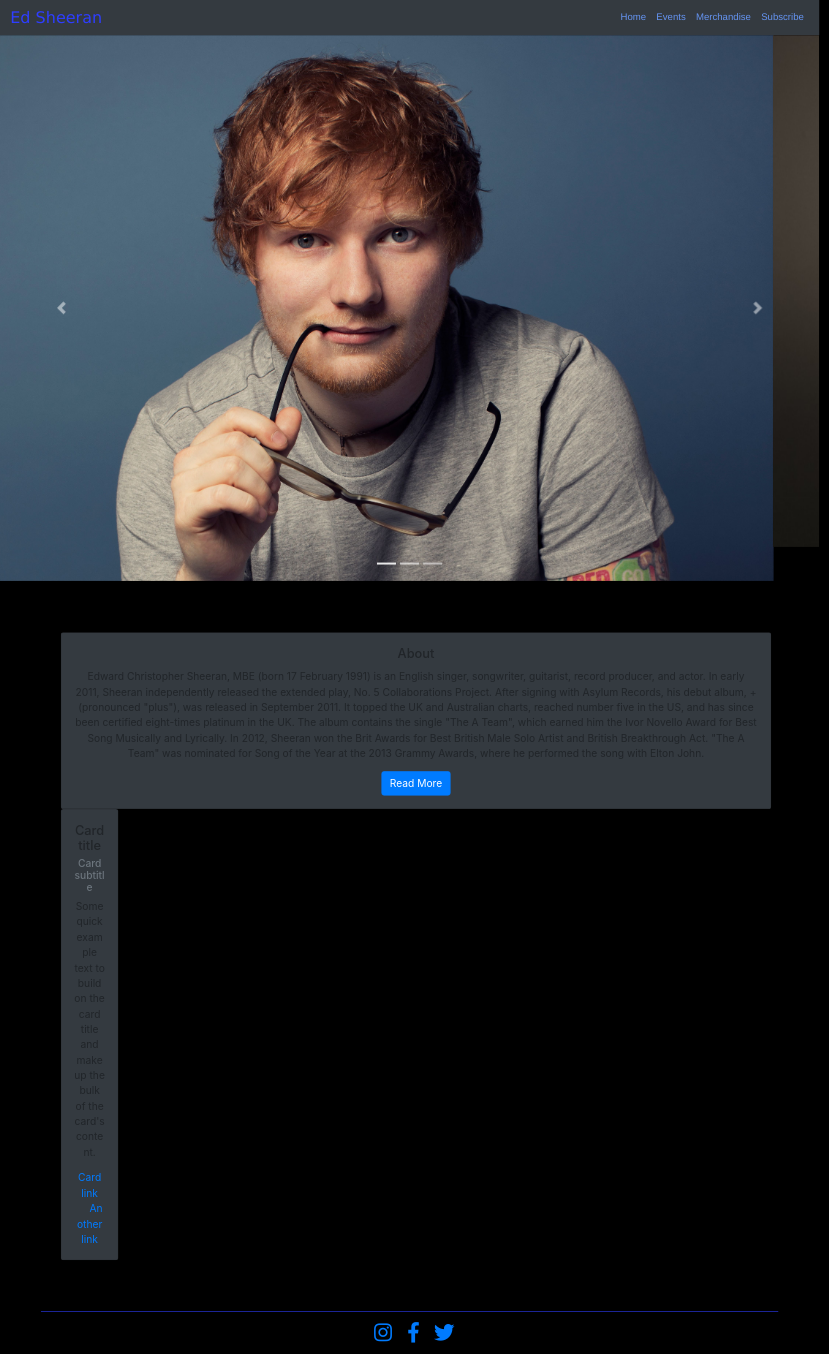
Repository: amit238/milestone-project-1
Page: index.html
The author's editor kept a record of every edit. The page is drawn from the files as they stood at one moment, then again after the next edit.
The browser window is 1280 px wide. The page is 1295 px wide, so the pictures cover 1295 px, including what lies to the right of the window. The pictures show the whole page, at 64% of full size.
Some web libraries are served in a nearby version.

Above is the page before.

### index.html
<!DOCTYPE html>
<html lang="en">

<head>
  <meta charset="UTF-8">
  <meta name="viewport" content="width=device-width, initial-scale=1.0">
  <meta http-equiv="X-UA-Compatible" content="ie=edge">
  <link rel="stylesheet" href="https://maxcdn.bootstrapcdn.com/bootstrap/4.2.1/css/bootstrap.min.css" type="text/css" />
  <link rel="stylesheet" href="https://use.fontawesome.com/releases/v5.0.10/css/all.css" integrity="sha384-+d0P83n9kaQMCwj8F4RJB66tzIwOKmrdb46+porD/OvrJ+37WqIM7UoBtwHO6Nlg" crossorigin="anonymous">
  <link rel="stylesheet" href="assets/css/style.css">
  <title>Ed Sheeran - User Centric Frontend Project</title>
</head>

<body>
  <nav class="navbar navbar-expand-lg navbar-dark bg-dark">
    <a class="edsheeran-brand">Ed Sheeran</a>
    <button type="button" class="navbar-toggler" data-toggle="collapse" data-target="#main-menu" aria-expanded="true">
                <span class="navbar-toggler-icon"></span>
            </button>
    <div id="main-menu" class="navbar-collapse collapse">
      <ul class="navbar-nav ml-auto">
        <li class="nav-item active"><a class="nav-link" href="index.html">Home</a></li>
        <li class="nav-item"><a class="nav-link" href="events.html">Events</a></li>
        <li class="nav-item"><a class="nav-link" href="merchandise.html">Merchandise</a></li>
        <li class="nav-item"><a class="nav-link" href="subscribe.html">Subscribe</a></li>
      </ul>
    </div>
  </nav>
  <div id="carouselExampleCaptions" class="carousel slide" data-ride="carousel">
    <ol class="carousel-indicators">
      <li data-target="#carouselExampleCaptions" data-slide-to="0" class="active"></li>
      <li data-target="#carouselExampleCaptions" data-slide-to="1"></li>
      <li data-target="#carouselExampleCaptions" data-slide-to="2"></li>
    </ol>
    <div class="carousel-inner">
      <div class="carousel-item active">
        <img class="d-block w-100" src="assets/images/wallpaper.jpg" alt="First Slide">
      </div>
      <div class="carousel-item">
        <img class="d-block w-100" src="assets/images/ed-sheeran-sitting-down.jpg" alt="Second Slide">
      </div>
      <div class="carousel-item">
        <img class="d-block w-100" src="assets/images/edsheeranwall.jpg" alt="Third Slide">
      </div>
    </div>
    <a class="carousel-control-prev" href="#carouselExampleCaptions" role="button" data-slide="prev">
    <span class="carousel-control-prev-icon" aria-hidden="true"></span>
    <span class="sr-only">Previous</span>
  </a>
    <a class="carousel-control-next" href="#carouselExampleCaptions" role="button" data-slide="next">
    <span class="carousel-control-next-icon" aria-hidden="true"></span>
    <span class="sr-only">Next</span>
  </a>
  </div>
  <div class="background">
    <div class="container">
      <div class="row">
        <div class="col-12">
          <div class="card">
            <div class="card-body">
              <h5 class="card-title">About</h5>
              <p class="card-text">Edward Christopher Sheeran, MBE (born 17 February 1991) is an English singer, songwriter, guitarist, record producer, and actor. In early 2011, Sheeran independently released the extended play, No. 5 Collaborations Project. After signing
                with Asylum Records, his debut album, + (pronounced "plus"), was released in September 2011. It topped the UK and Australian charts, reached number five in the US, and has since been certified eight-times platinum in the UK. The album
                contains the single "The A Team", which earned him the Ivor Novello Award for Best Song Musically and Lyrically. In 2012, Sheeran won the Brit Awards for Best British Male Solo Artist and British Breakthrough Act. "The A Team" was nominated
                for Song of the Year at the 2013 Grammy Awards, where he performed the song with Elton John.</p>
              <a href="https://en.wikipedia.org/wiki/Ed_Sheeran" class="btn btn-primary">Read More</a>
            </div>
          </div>
        </div>
      </div>
      <div class="row audio-card">
        <div class="col-12 col-md-6">
          <div class="card">
            <div class="card-body">
              <h5 class="card-title">Card title</h5>
              <h6 class="card-subtitle mb-2 text-muted">Card subtitle</h6>
              <p class="card-text">Some quick example text to build on the card title and make up the bulk of the card's content.</p>
              <a href="#" class="card-link">Card link</a>
              <a href="#" class="card-link">Another link</a>
            </div>
          </div>
        </div>
      </div>
    </div>
    <footer>
      <hr>
      <div class="row">
        <div class="col-12">
          <ul class="list-inline social-links">
            <li class="list-inline-item"><a target="_blank" href="https://www.facebook.com"><i></i></a>
            </li>
            <li class="list-inline-item"><a href="https://www.instagram.com/teddysphotos/?hl=en"><i class="fab fa-instagram fa-2x fa-fw"></i></a>
              <li class="list-inline-item"><a href="https://en-gb.facebook.com/EdSheeranMusic"><i class="fab fa-facebook-f fa-2x fa-fw"></i></a>
                <li class="list-inline-item"><a href="https://twitter.com/edsheeran?lang=en"><i class="fab fa-twitter fa-2x fa-fw"></i></a>
                </li>
          </ul>
        </div>
      </div>
    </footer>
  </div>
  <script src="https://code.jquery.com/jquery-3.3.1.slim.min.js" integrity="sha384-q8i/X+965DzO0rT7abK41JStQIAqVgRVzpbzo5smXKp4YfRvH+8abtTE1Pi6jizo" crossorigin="anonymous"></script>
  <script src="https://cdnjs.cloudflare.com/ajax/libs/popper.js/1.14.6/umd/popper.min.js" integrity="sha384-wHAiFfRlMFy6i5SRaxvfOCifBUQy1xHdJ/yoi7FRNXMRBu5WHdZYu1hA6ZOblgut" crossorigin="anonymous"></script>
  <script src="https://stackpath.bootstrapcdn.com/bootstrap/4.2.1/js/bootstrap.min.js" integrity="sha384-B0UglyR+jN6CkvvICOB2joaf5I4l3gm9GU6Hc1og6Ls7i6U/mkkaduKaBhlAXv9k" crossorigin="anonymous"></script>
</body>

</html>

### assets/css/style.css
body {
    background-color: #000000;
}

/*--------------------NAVBAR--------------------*/

.navbar.navbar-expand-lg.navbar-dark.bg-dark .edsheeran-brand {
    color: #2E3EFF;
    font-family: Verdana, sans-serif;
    font-size: 25px;
    font-weight: 500;

}

.navbar.navbar-expand-lg.navbar-dark.bg-dark .nav-link {
    color: #6594F1;
    font-family: Helvetica, sans-serif;
    font-size: 15px;
    font-weight: 300;
}

/*----------INDEX-----------*/

/*--------------------CAROUSEL--------------------*/

.size {
    width: 100%;
}

/*-------------------BACKGROUND--------------------*/

.background {
    background-image: url("../../edsheeranblack.png");
    background-repeat: no-repeat;
    background-position: top right;
    height: 25em;
}

/*--------------------CONTAINER--------------------*/

.container {
    /*position: relative;*/
    /*top: 2em;*/
    margin: 5em;
}

/*--------------------ABOUT--------------------*/

.card {
    position: relative;
    right: 5em;
    background-color: #343a40;
    text-align: center;
    /*margin: 5px;*/

}



/*--------------------AUDIO--------------------*/

.audio-card {
    width: 15em;
}

/*--------------------ALBUM--------------------*/

/*--------------------FOOTER--------------------*/

.list-inline {
    text-align: center;
}

footer hr {
    background: #2E3EFF;
    width: 90%;
}

/*--------------------MEDIA QUERIES_INDEX--------------------*/

@media screen and (min-width: 1380px) {

    .card {
        width: 65%;
    }

    .audio-card {
        width: 15em;
    }

}

@media only screen and (max-width: 1380px) {
    .background {
        background-image: none;
    }

    .card {
        position: relative;
        left: 0em;
    }



    /*--------------------EVENTS--------------------*/
    .events {
        font-family: Verdana, sans-serif;
        text-align: center;
        color: #2E3EFF;
        font-size: 400%;
        font-weight: 800;
    }

    /*--------------------MERCHANDISE--------------------*/
    .Merchandise {
        font-family: Verdana, sans-serif;
        text-align: center;
        color: #2E3EFF;
        font-size: 400%;
        font-weight: 800;
    }

    .NewMerch {
        text-align: center;
        color: #6594F1;
        font-weight: 600;
        font-family: Helvetica, sans-serif;
        padding: 1em;
    }

    .best-sell {
        font-family: Helvetica, sans-serif;
        text-align: center;
        color: #6594F1;
        font-size: 400%;
        font-weight: 600;
        padding: 1em;
    }


    /*--------------------MEDIA QUERIES_MERCH--------------------*/
    /*--------------------SUBSCRIBE--------------------*/
    .Subscribe {
        font-family: Verdana, sans-serif;
        text-align: center;
        color: #2E3EFF;
        font-size: 400%;
        font-weight: 800;
    }

After the next edit:
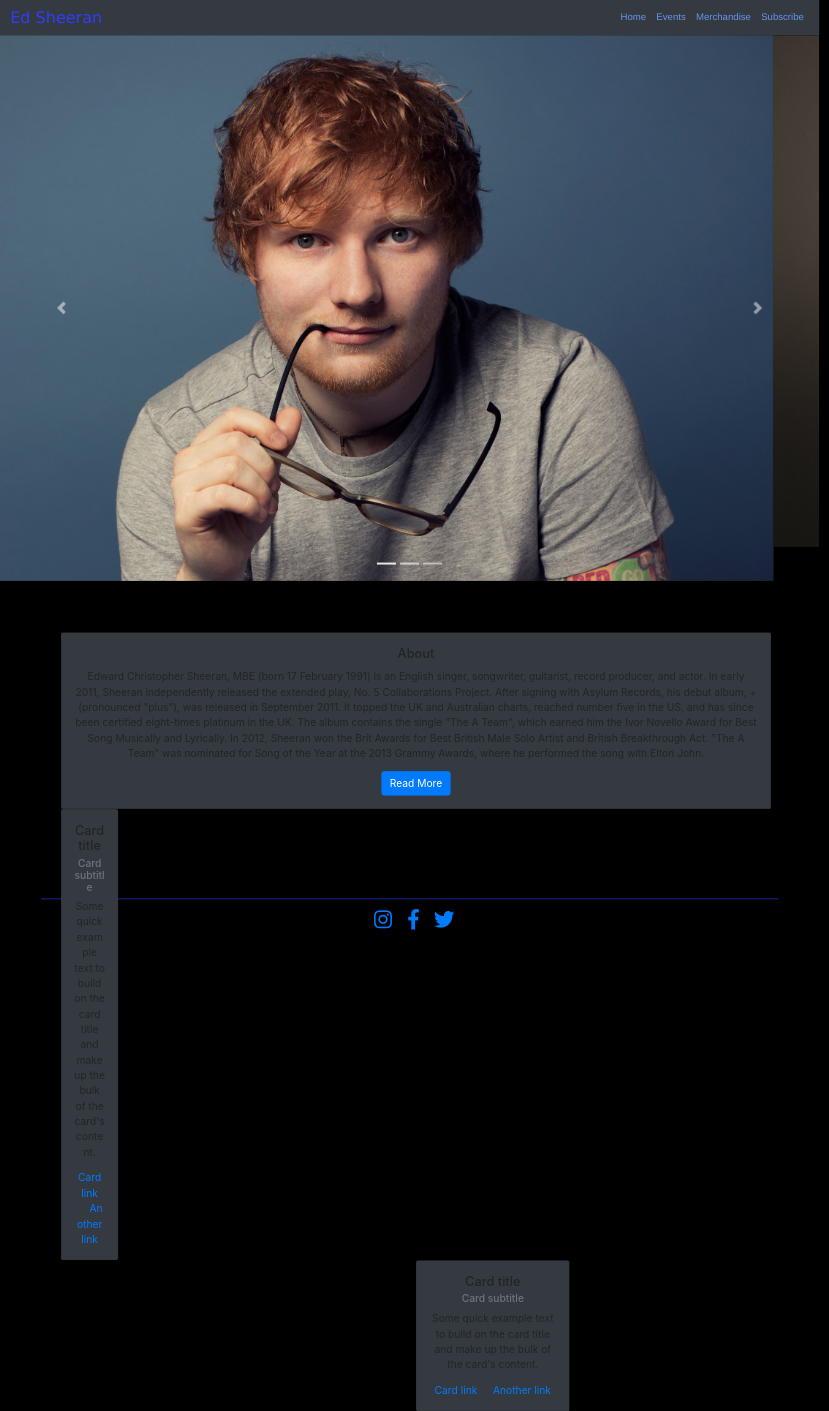
The edit:
--- a/index.html
+++ b/index.html
@@ -81,6 +81,20 @@
           </div>
         </div>
       </div>
+      <div class="row">
+        <div class="col-12 col-md-6"></div>
+        <div class="card audio-card">
+            <div class="card-body">
+              <h5 class="card-title">Card title</h5>
+              <h6 class="card-subtitle mb-2 text-muted">Card subtitle</h6>
+              <p class="card-text">Some quick example text to build on the card title and make up the bulk of the card's content.</p>
+              <a href="#" class="card-link">Card link</a>
+              <a href="#" class="card-link">Another link</a>
+            </div>
+          </div>
+        <div class="col-12 col-md-6"></div>
+    </div>
+</div>
     </div>
     <footer>
       <hr>
